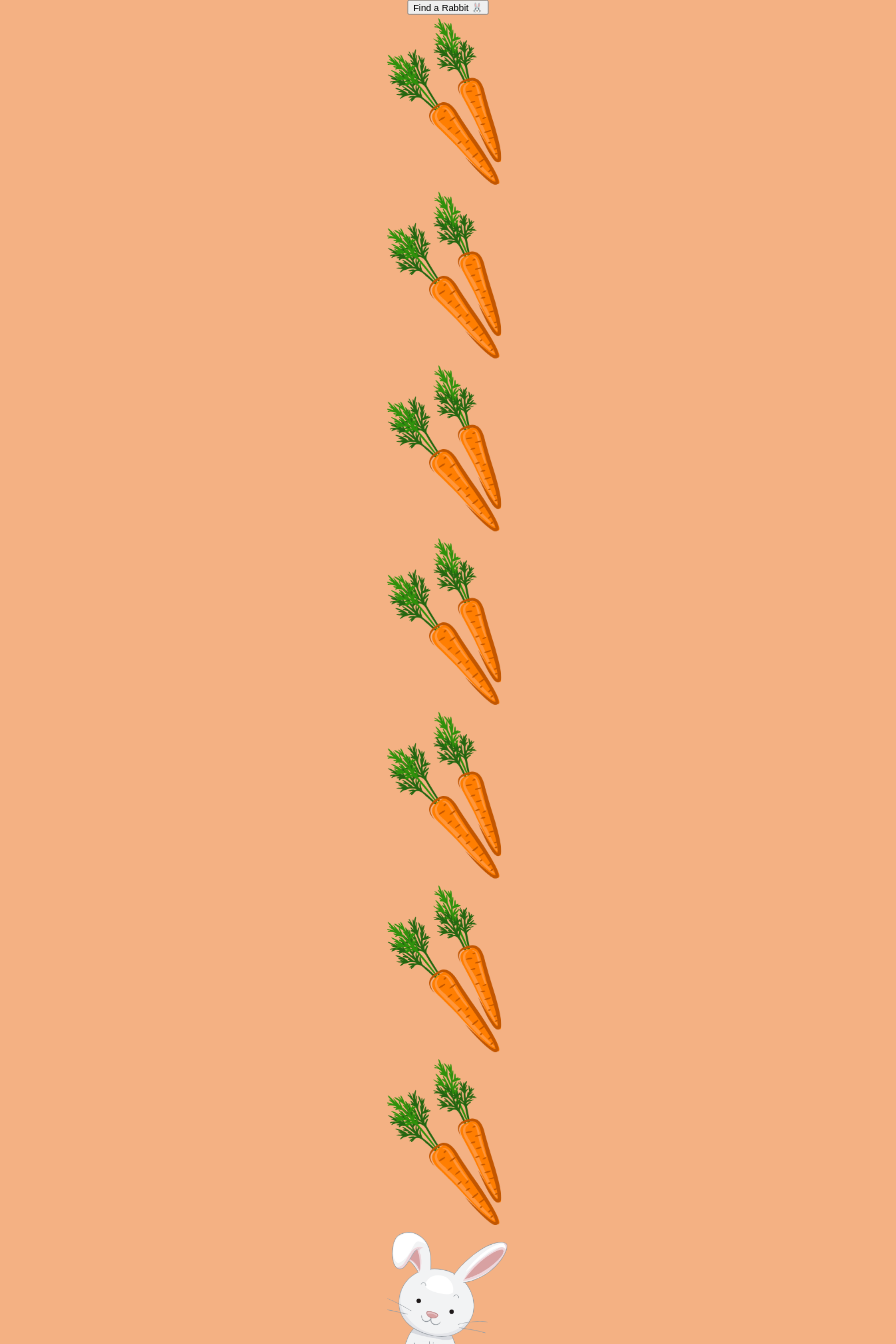
Repository: sephinejo/frontend-browser-101
Page: browser/practice-find-rabbit/index.html
The author's editor kept a copy of each file at every save. The page is drawn from the files as they stood at one save, then again after the next save.
The browser window is 1280 px wide. The pictures show the part of the page from y = 0 to 1920 px (the page is 2962 px tall before and 2958 px after), at 70% of full size.

Above is the page before, as saved 2023-05-10 21:13:17.

After the next save:
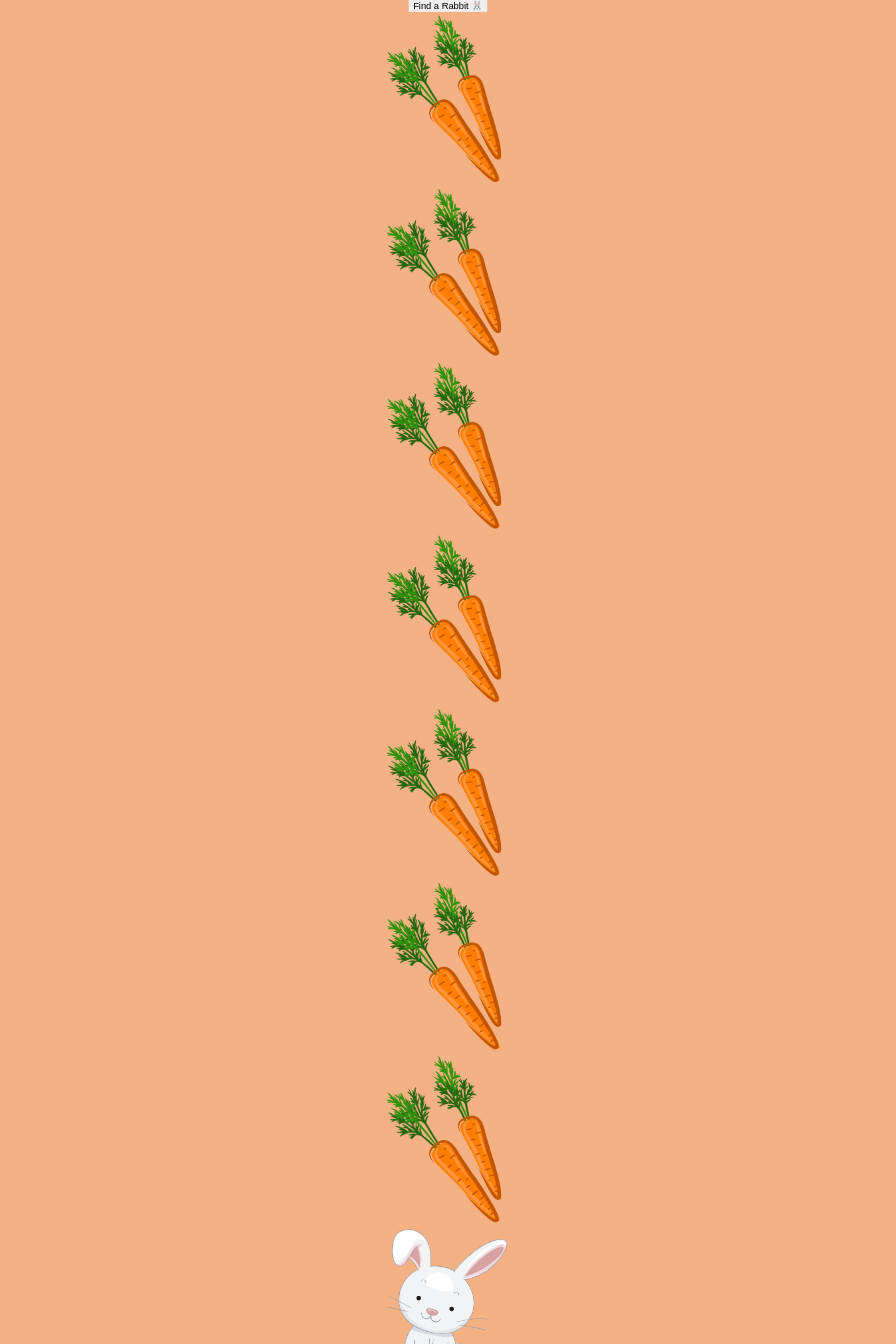
Saved 16 s later.
--- a/browser/practice-find-rabbit/index.html
+++ b/browser/practice-find-rabbit/index.html
@@ -14,7 +14,7 @@
       }
 
       button {
-        list-style: none;
+        border-style: none;
       }
 
       img {
